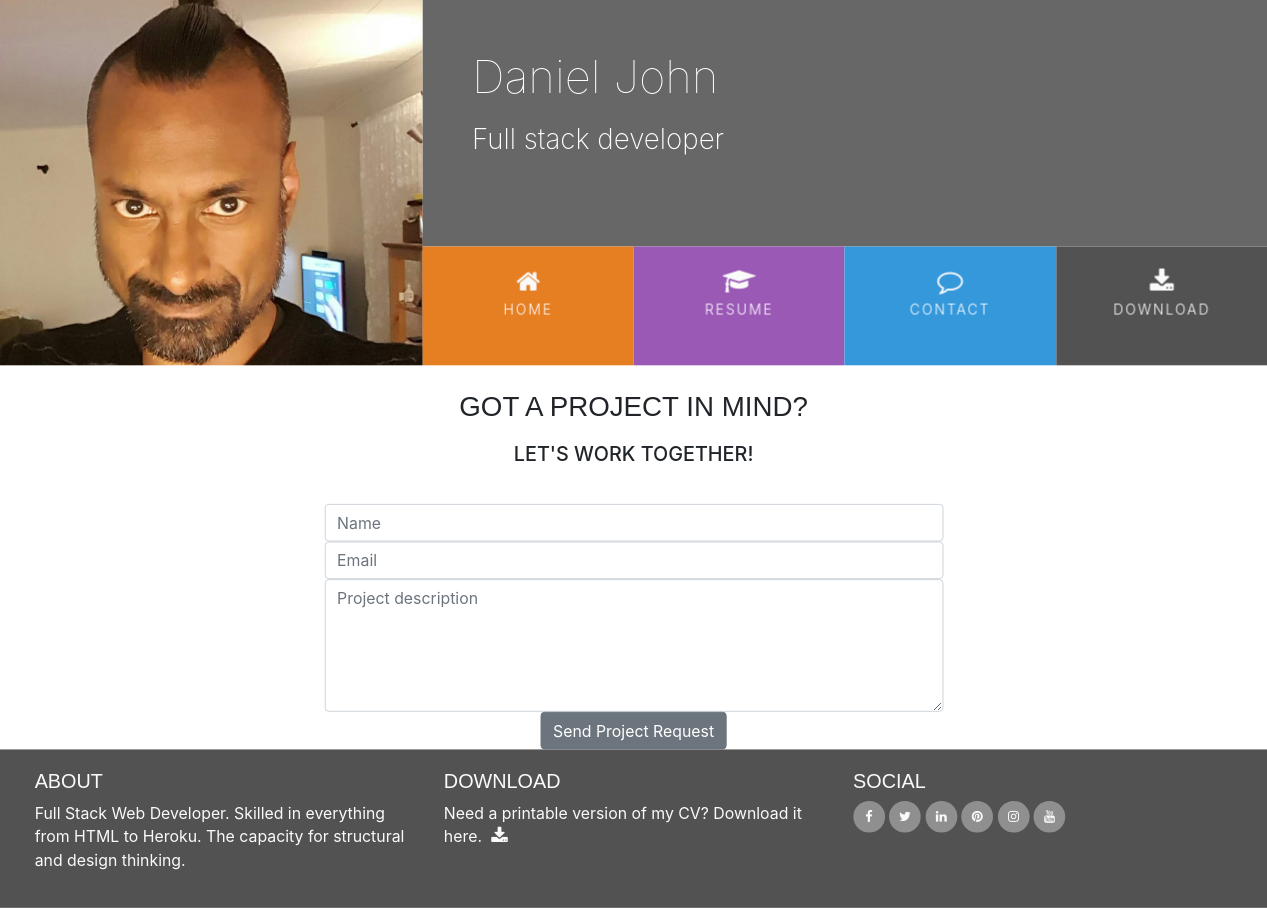
Repository: Jadehammar/initial-commit
Page: contact.html
The author's editor kept a record of every edit. The page is drawn from the files as they stood at one moment, then again after the next edit.
The browser window is 1280 px wide. The pictures show the whole page, at 99% of full size.

Above is the page before.

### contact.html
<!DOCTYPE html>
<html lang="en">

<head>
    <meta charset="UTF-8">
    <meta name="viewport" content="width=device-width, initial-scale=1.0">
    <meta http-equiv="X-UA-Compatible" content="ie=edge">
    <link rel="stylesheet" href="https://stackpath.bootstrapcdn.com/font-awesome/4.7.0/css/font-awesome.min.css" type="text/css" />
    <link rel="stylesheet" href="https://cdnjs.cloudflare.com/ajax/libs/hover.css/2.3.1/css/hover-min.css" type="text/css" />
    <link rel="stylesheet" href="https://stackpath.bootstrapcdn.com/bootstrap/4.3.1/css/bootstrap.min.css" type="text/css" />
    <link rel="stylesheet" href="assets/css/style.css" type="text/css" />
    <title>Daniel John Contact</title>
</head>

<body>
    <header>
        <div class="row no-gutters">
            <a href="index.html" class="col-md-4 logo"></a>
            <div class="col-md-8">
                <div class="row no-gutters bg-color-name-title">
                    <div class="col heading">
                        <h1 class="name">Daniel John</h1>
                        <h2 class="title">Full stack developer</h2>
                    </div>
                </div>
                <div class="row no-gutters">
                    <div class="col">
                        <ul id="nav" class="list-inline menucontainer">
                            <li class="col-6 col-sm-3 ui-menue-color-home list-inline-item menueitem">
                                <a href="#" class="hvr-sweep-to-bottom"><i class="fa fa-home" aria-hidden="true"></i><span>Home</span></a>
                            </li>
                            <li class="col-6 col-sm-3 ui-menue-color-resume list-inline-item menueitem">
                                <a href="#" class="hvr-sweep-to-bottom"><i class="fa fa-graduation-cap" aria-hidden="true"></i><span>Resume</span></a>
                            </li>
                            <li class="col-6 col-sm-3 ui-menue-color-contact list-inline-item menueitem">
                                <a href="#" class="hvr-sweep-to-bottom"><i class="fa fa-comment-o" aria-hidden="true"></i><span>Contact</span></a>
                            </li>
                            <li class="col-6 col-sm-3 ui-menue-color-download list-inline-item menueitem">
                                <a href="#" class="hvr-sweep-to-bottom"><i class="fa fa-download" aria-hidden="true"></i><span>Download</span></a>
                            </li>

                        </ul>
                    </div>
                </div>
            </div>
    </header>
    <section class="container-fluid">
        <div class="row bg-color-contact">
            <div class="col">
                <h3 class="contact-heading uppercase text-center">Got a project in mind?</h3>
                <h5 class="uppercase text-center">Let's work together!</h5>
            </div>
            <div class="container-fluid">
                <div class="center-form">
                    <form>
                        <input type="text" name="name" id="fullname" class="form-control" placeholder="Name" required />
                        <input type="email" name="email" id="emailaddress" class="form-control" placeholder="Email" required />
                        <textarea rows="5" name="projectsummary" id="projectsummary" class="form-control" placeholder="Project description" required></textarea>
                        <div class="form-row text-center">
                            <div class="col">
                                <button type="submit" class="btn btn-secondary">Send Project Request</button>
                            </div>
                        </div>
                    </form>
                </div>
            </div>

        </div>
        </div>
    </section>
    <footer class="container-fluid">
        <div id="footer-details" class="row">
            <div class="col-sm-4">
                <h5 class="uppercase general-sub">About</h5>
                <p class="inline-block">
                    Full Stack Web Developer. Skilled in everything from HTML to Heroku. The capacity for structural and design thinking.
                </p>
            </div>
            <div class="col-sm-4">
                <h5 class="uppercase general-sub">Download</h5>
                <p class="inline-block">
                    Need a printable version of my CV? Download it here.
                    <a href="#" target="_blank" class="cv-pdf">
                        <i class="fa fa-download" aria-hidden="true"></i>
                        <span class="sr-only">Download link.</span>
                    </a>
                </p>
            </div>
            <div class="col-sm-4">
                <h5 class="uppercase general-sub">Social</h5>
                <ul class="list-inline social-links">
                    <li class="list-inline-item">
                        <a target="_blank" href="#">
                            <i class="fa fa-facebook" aria-hidden="true"></i>
                            <span class="sr-only">Facebook</span>
                        </a>
                    </li>
                    <li class="list-inline-item">
                        <a target="_blank" href="#">
                            <i class="fa fa-twitter" aria-hidden="true"></i>
                            <span class="sr-only">Twitter</span>
                        </a>
                    </li>
                    <li class="list-inline-item">
                        <a target="_blank" href="#">
                            <i class="fa fa-linkedin" aria-hidden="true"></i>
                            <span class="sr-only">LinkedIn</span>
                        </a>
                    </li>
                    <li class="list-inline-item">
                        <a target="_blank" href="#">
                            <i class="fa fa-pinterest" aria-hidden="true"></i>
                            <span class="sr-only">Pinterest</span>
                        </a>
                    </li>
                    <li class="list-inline-item">
                        <a target="_blank" href="#">
                            <i class="fa fa-instagram" aria-hidden="true"></i>
                            <span class="sr-only">Instagram</span>
                        </a>
                    </li>
                    <li class="list-inline-item">
                        <a target="_blank" href="#">
                            <i class="fa fa-youtube" aria-hidden="true"></i>
                            <span class="sr-only">YouTube</span>
                        </a>
                    </li>
                </ul>
            </div>
        </div>
    </footer>
</body>

</html>

### assets/css/style.css
@import url('https://fonts.googleapis.com/css?family=Roboto:100,200,300,400,500,600,700│exo:100,200,300,400,500,600,700');

/*---------------------------------------------color-------------------------------------*/

.bg-color-name-title {
    background-color: #676767;
}

.bg-color-three-reasons {
    background-color: #fff;
}

.bg-color-personal-info {
    background-color: #f4f4f4;
}

.ui-menue-color-home {
    background-color: #e67e22;

}

.ui-menue-color-resume {
    background-color: #9b59b6;

}

.ui-menue-color-contact {
    background-color: #3498db;

}

.ui-menue-color-download {
    background-color: #525252;

}

.bg-color-work-history {
    background-color: #9b59b6;
}

.bg-color-contact {
    background-color: #fff;

}

/*---------------------------------------------Special padding/margins/text-------------------------------------*/

h1,
h2,
h3,
h4 {
    margin: 0;
}

.uppercase {
    text-transform: uppercase;
}

.general-sub {
    font-family: "Exo", sans-serif;
    font-weight: 300;
    color: #fafafa;
}

.inline-block {
    display: inline-block;
}

.row-table {
    display: table;
}

.section-column {
    display: table-cell;
    padding: 0 30px 30px;
    float: none;
}

.history-heading,
.section-heading {
    font-family: "Exo", sans-serif;
    font-weight: 300;
    margin-bottom: 40px;
    margin-top: 25px;
}

/*---------------------------------------------Heading-------------------------------------*/

header {
    margin: 0;
}

.heading {
    margin-left: 50px;

}

.logo {
    background: url("../images/närbild_p.jpg");
    background-position: center;
    background-repeat: no-repeat;
    background-size: cover;
    min-height: 360px;
    transition: all .75s ease-in-out;
    -moz-transition: all .75s ease-in-out;
    -webkit-transition: all .75s ease-in-out;
    -o-transition: all .75s ease-in-out;
}

.name {
    font-family: "Exo" sans-serif;
    font-weight: 100;
    font-size: 46px;
    margin-top: 50px;
    color: #fff;
}

.title {
    font-family: "Roboto" sans-serif;
    font-weight: 200;
    font-size: 28px;
    margin-top: 20px;
    margin-bottom: 90px;
    color: #fff;
}

.list-inline-item:not(:last-child) {
    margin: 0;
}

.menucontainer {
    font-size: 0;
}

#nav li {
    font-size: 14px;
    padding: 0;
}

#nav {
    margin: 0;
}

.menueitem {
    height: 120px;
    text-align: center;
    padding: 0;
}

.menueitem a {
    width: 100%;
    text-decoration: none;
    color: #fff;
    height: 120px;
}

.menueitem a i {
    padding-top: 22px;
    display: block;
    color: #fafafa;
    font-size: 26px;
}

.menueitem span {
    display: block;
    width: 100%;
    padding-top: 5px;
    text-align: center;
    text-transform: uppercase;
    font-size: 14px;
    font-weight: 300;
    letter-spacing: 2px;
}


/*---------------------------------------------Hover.css-------------------------------------*/

.hvr-sweep-to-bottom:before {
    background: rgba(0, 0, 0, 0.2);
    height: 120px;
}

/*---------------------------------------------Footer-------------------------------------*/

footer {
    background-color: #525252;
    color: #fafafa;
    min-height: 120px;
    margin: 0;
}

.cv-pdf i {
    font-size: 18px;
    color: #fafafa;
    text-align: center;
    padding-left: 5px;
    transition: all 0.35s ease-in-out;
    -moz-transition: all 0.35s ease-in-out;
    -webkit-transition: all 0.35s ease-in-out;
    -o-transition: all 0.35 ease-in-out;
}

.cv-pdf i:hover {
    color: #e84160;
    font-size: 19px;
}

.social-links {
    padding-bottom: 15px;
}


.social-links li a i {
    width: 32px;
    height: 32px;
    padding: 12px 0;
    border-radius: 50%;
    font-size: 13px;
    line-height: 7px;
    text-align: center;
    color: #fafafa;
    background: #8f8f8f;
    transition: all 0.35s ease-in-out;
    -moz-transition: all 0.35s ease-in-out;
    -webkit-transition: all 0.35s ease-in-out;
    -o-transition: all 0.35 ease-in-out;
}

.social-links li a i:hover {
    background: #e84610;
}

#footer-details {
    padding: 20px;
}

/*---------------------------------------------Three reasons-------------------------------------*/

.three-reasons-icon {
    font-size: 26px;
    color: #e67e22;
}

.three-reasons-heading {
    margin-bottom: 15px;
}

/*---------------------------------------------Personal info-------------------------------------*/

.personal-info-item {
    margin-bottom: 20px;
    display: block;
    clear: both;

}

.personal-info-item .key,
.personal-info-item .value {
    padding-right: 8px;
    display: inline-block;
}

.personal-info-item .key p,
.personal-info-item .value p {
    margin: 0;
}

.personal-info-item .key {
    width: 30%;
    margin-right: 21px;
    padding-top: 2px;
    vertical-align: top;

}

.personal-info-item .key p {
    font-weight: 700;
}

.personal-info-item .value {
    position: relative;
    width: 60%;

}

/*---------------------------------------------Skills-------------------------------------*/

.progress {
    position: relative;
    height: 25px;
    margin-bottom: 4px;
}

.progress-type {
    position: absolute;
    left: 0px;
    font-weight: 400;
    padding: 3px 30px 2px 10px;
    color: #fafafa;
    background-color: rgba(25, 25, 25, 0.2);
}

.progress-section {
    margin: 40px 20px;

}

/*---------------------------------------------Work-history-------------------------------------*/

.history-heading {
    color: #fafafa;
    margin-bottom: 50px;
}

.timeline-item {
    padding: 4em 2em 0em 2em;
    position: relative;
    color: #fafafa;
    border-left: 1px solid;
}

.timeline-item p {
    padding: 0;
    margin: 0;
}

.timeline-item:before {
    content: attr(data-dates);
    position: absolute;
    left: 2.5em;
    top: 3em;
    display: block;
    font-family: "Exo", sans-serif;
    font-weight: 500;
    font-size: 0.8em;
    padding: 0;
    margin: 0;
}

.timeline-item:after {
    width: 12px;
    height: 12px;
    display: block;
    top: 2.4em;
    position: absolute;
    left: -6px;
    border-radius: 12px;
    content: '';
    background: #fafafa;
}

.history-items {
    margin-bottom: 30px;
}

/*---------------------------------------------Contact-form-------------------------------------*/

.contact-heading {
    font-family: "Exo", sans-serif;
    font-weight: 300;
    margin-top: 25px;
    margin-bottom: 20px;

}

.center-form {
    padding-top: 10px;
    margin: 0 auto;
    max-width: 70%;
}

button [type="submit"] {
    margin-top: 15px;
    margin-bottom: 20px;
    background-color: #e84610;
}

/*---------------------------------------------Media-query-------------------------------------*/

@media(min-width: 992px) {
    .center-form {
        padding-top: 30px;
        min-height: 240;
        margin: 0 auto;
        max-width: 50%;
    }
}

After the next edit:
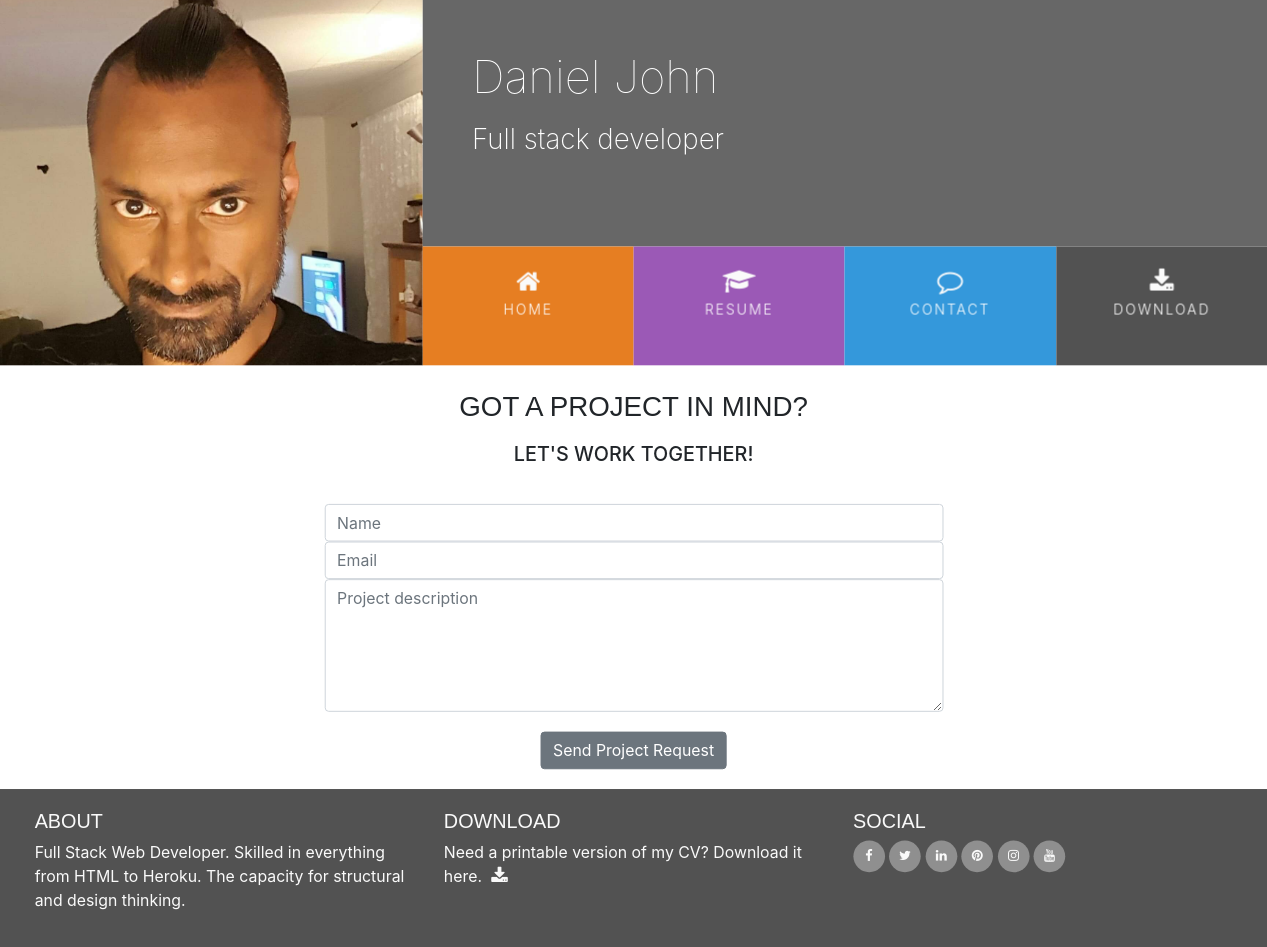
The edit:
--- a/assets/css/style.css
+++ b/assets/css/style.css
@@ -375,6 +375,9 @@
     background-color: #e84610;
 }
 
+.btn-secondary {
+    margin: 20px 20px 20px 20px;
+}
 /*---------------------------------------------Media-query-------------------------------------*/
 
 @media(min-width: 992px) {
